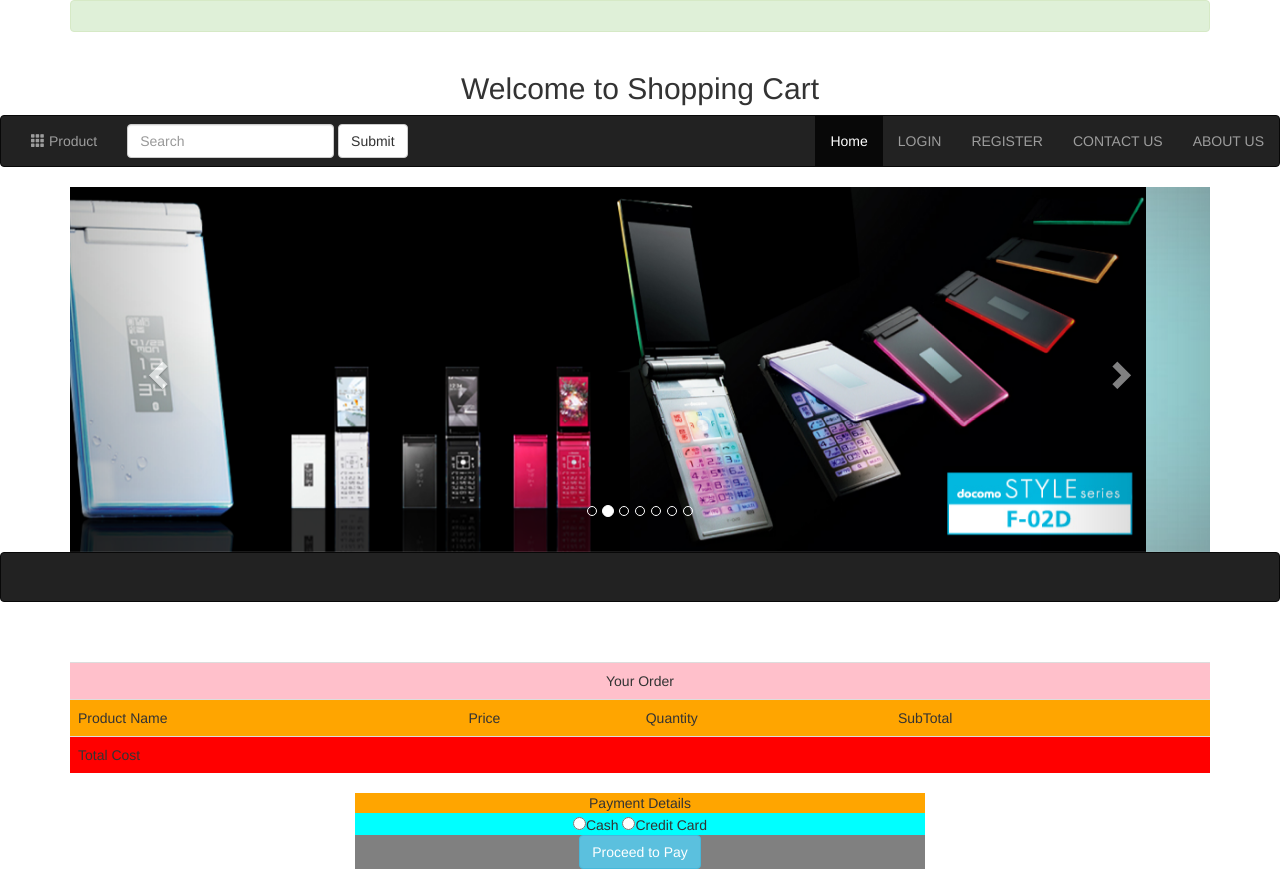
Repository: ashutosh238/S180403_404Shoppingcart
Page: http://localhost/ShoppingCartFrontEnd/WEB-INF/page/OrderConfirm.jsp
An editor plug-in stored every save of this project. The page is shown before and after the next save, followed by the edit.
The browser window is 1280 px wide. The pictures show the whole page.
The page is served by Tomcat 9. Nobody is signed in. The template is opened directly, without the code that normally fills it, so the values that code supplies are empty.

Above is the page before, as saved 2018-06-07 16:25:58.

After the next save:
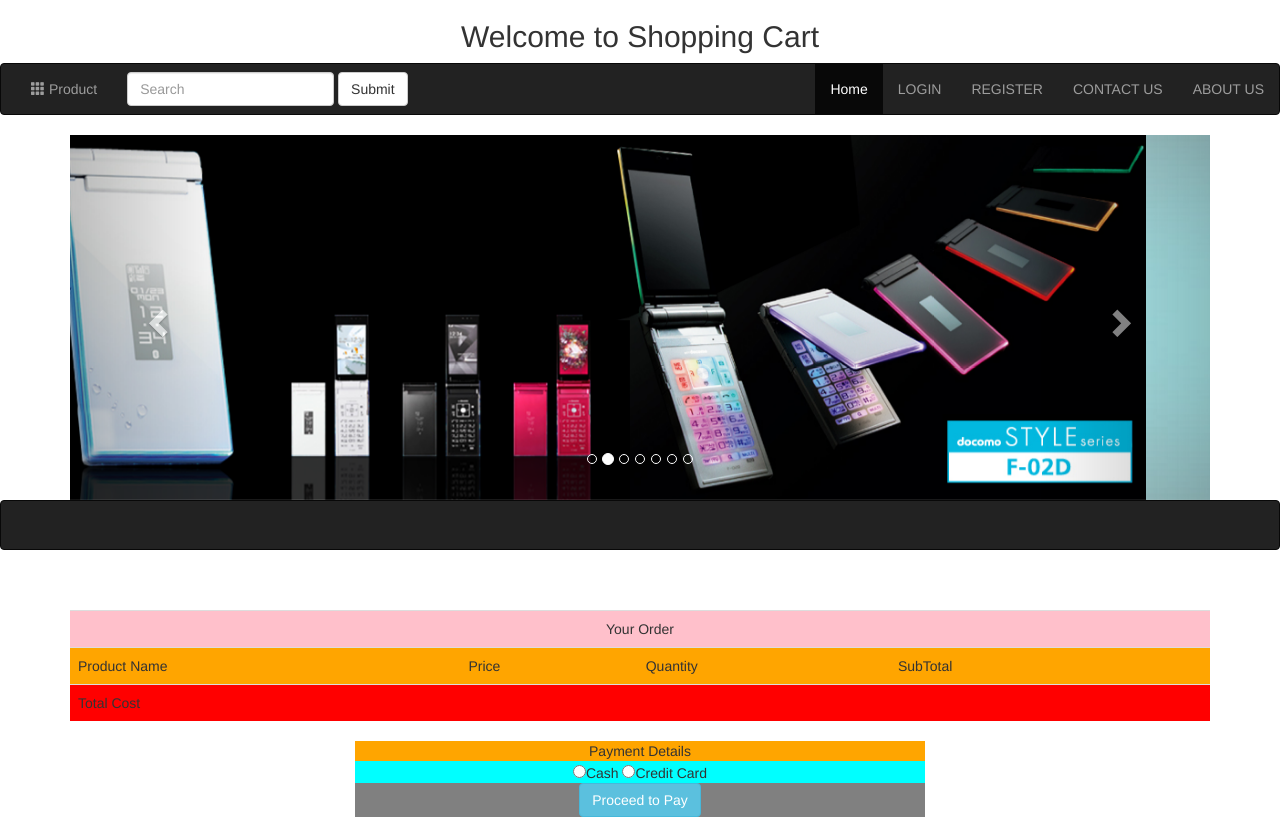
Saved 47 s later.
--- a/ShoppingCartFrontEnd/src/main/webapp/WEB-INF/page/home.jsp
+++ b/ShoppingCartFrontEnd/src/main/webapp/WEB-INF/page/home.jsp
@@ -15,12 +15,10 @@
 <body>
 
 
-<div class="container">
 
-  <div class="alert alert-success">
+
+
     <strong>${msg}</strong>
-    </div>
-    </div>
 
 
 	<center>
